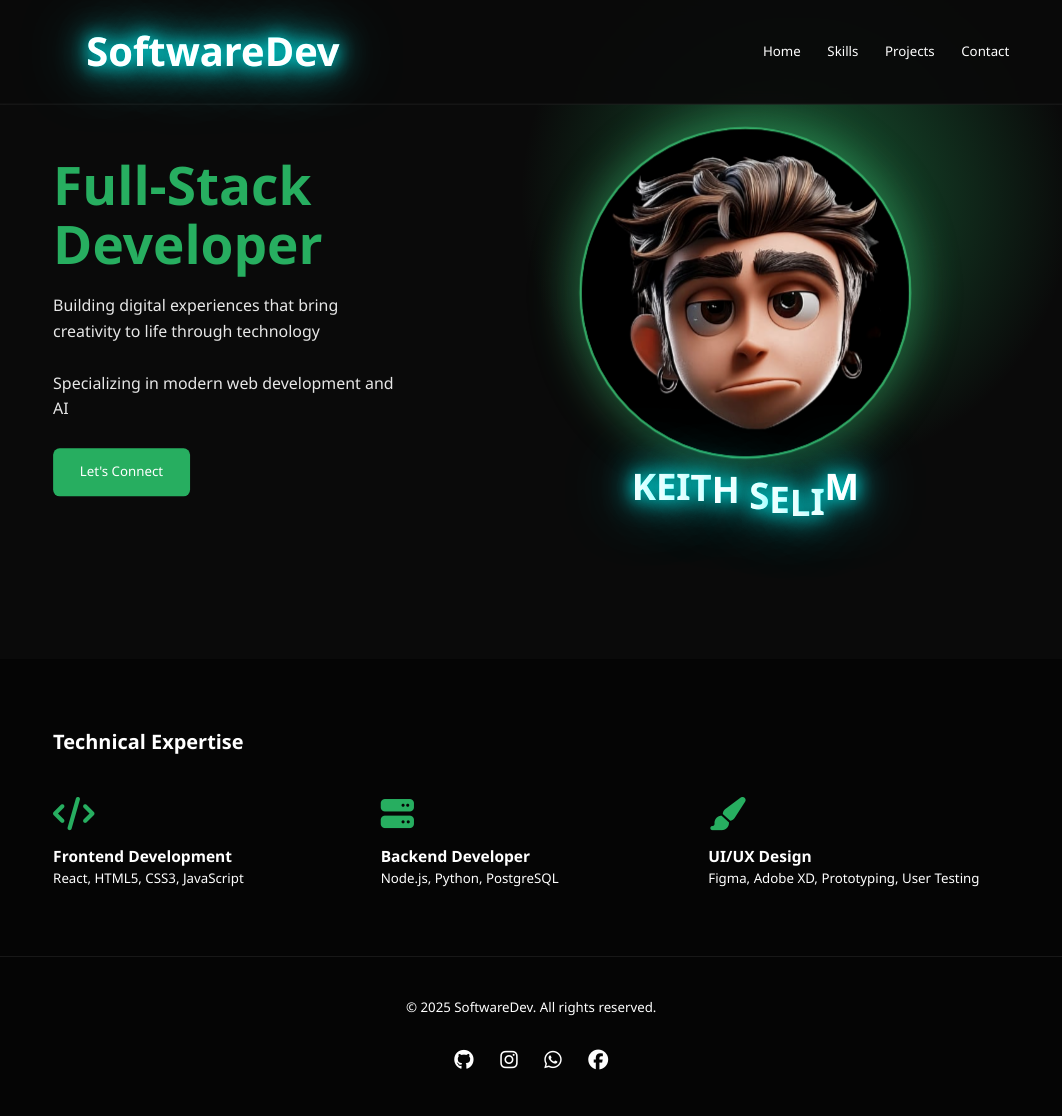
Repository: PEEZYBEE/my-react-portfolio
Page: /
An editor plug-in stored every save of this project. The page is shown before and after the next save, followed by the edit.
The browser window is 1280 px wide. The pictures show the whole page, at 83% of full size.
The project was rebuilt for these pictures with package versions that can differ from the ones it lists, and the page was loaded fresh each time. Also part of the build but not shown: vite.config.js.

Above is the page before, as saved 2025-04-21 02:06:04.

After the next save:
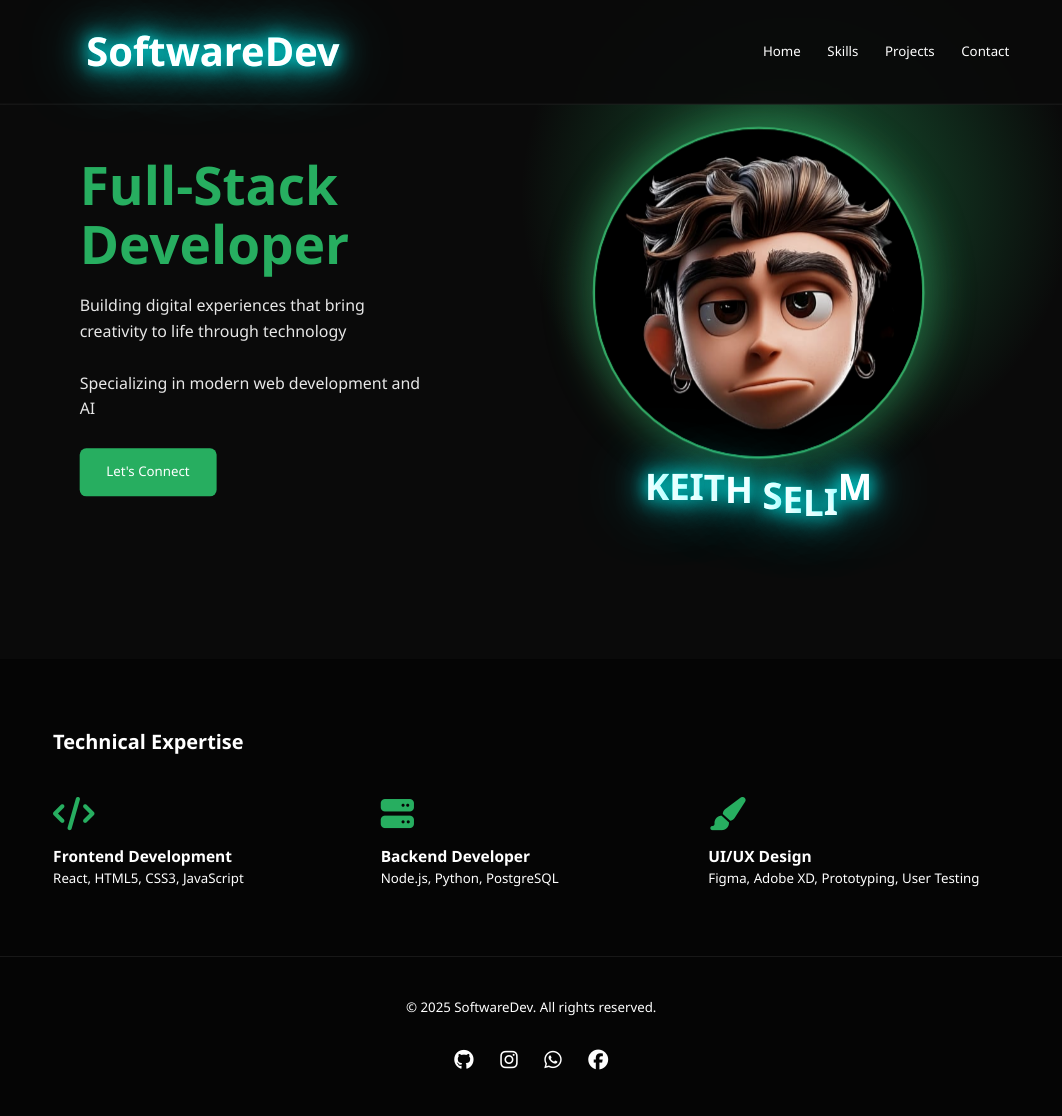
Saved 4 s later.
--- a/src/components/Hero.css
+++ b/src/components/Hero.css
@@ -9,7 +9,7 @@
   .hero-content {
     flex: 1;
     max-width: 500px;
-    margin-left: 2;
+    margin-left: 2rem;
   }
 
   .hero-image-container {

After the save that followed:
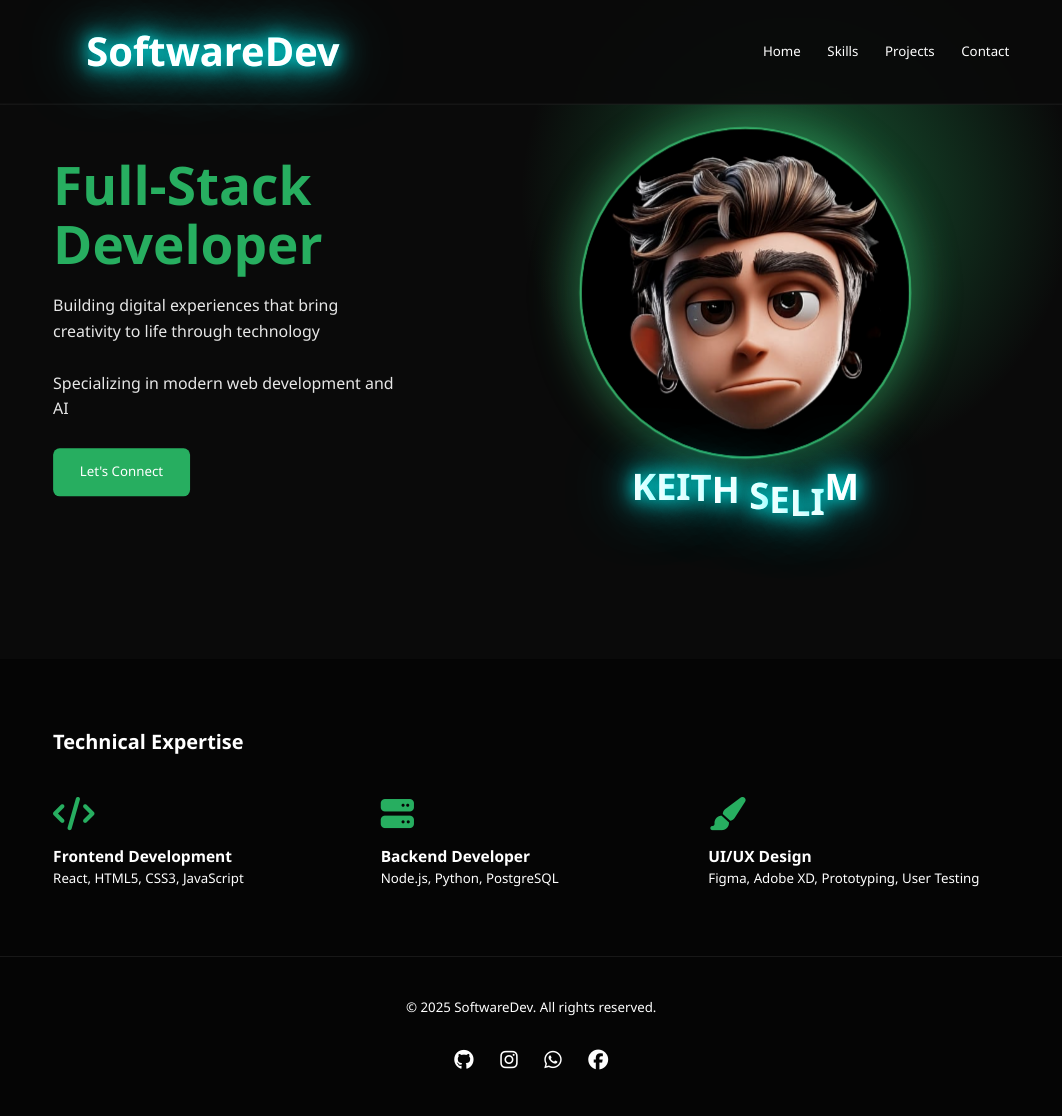
Saved 23 s later.
--- a/src/components/Hero.css
+++ b/src/components/Hero.css
@@ -9,7 +9,7 @@
   .hero-content {
     flex: 1;
     max-width: 500px;
-    margin-left: 2rem;
+    margin-left: ;
   }
 
   .hero-image-container {
